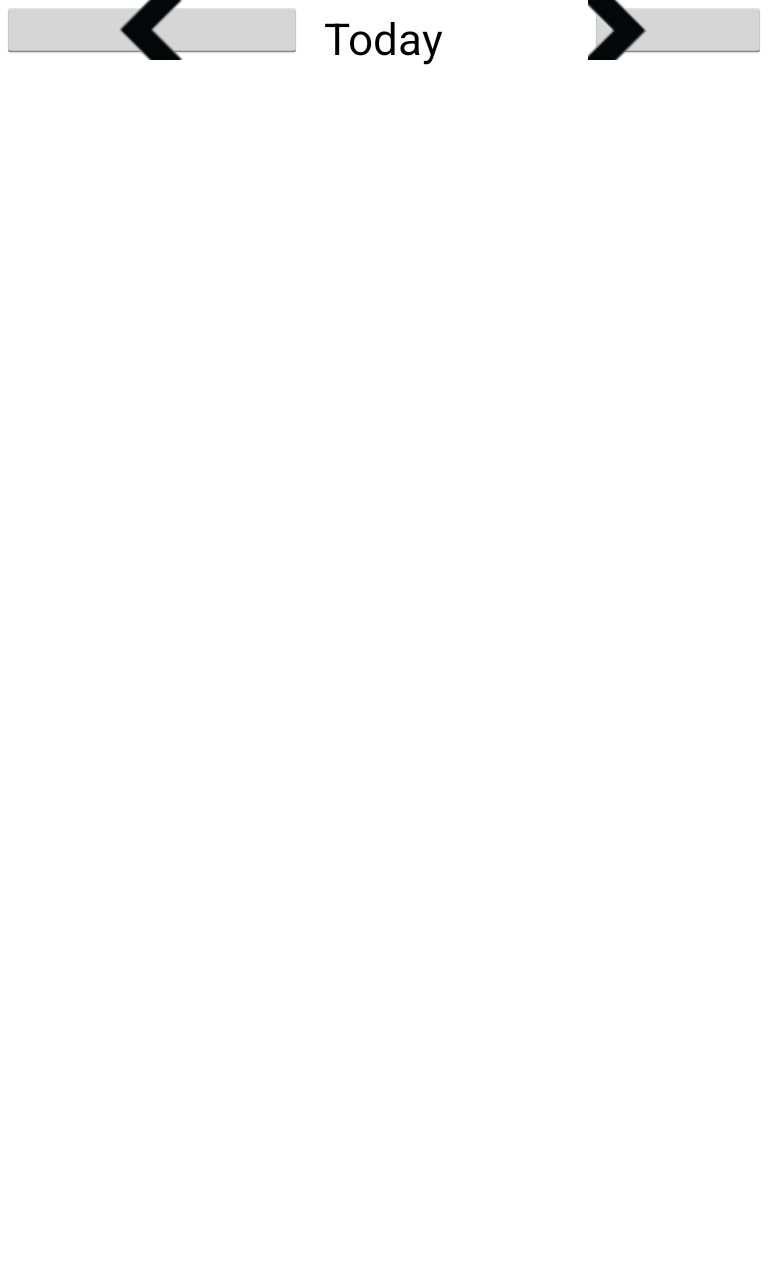
Repository: ranika/pilltracker
Layout: PillTracker/res/layout/fragment_med_log.xml
The author's editor kept a copy of each file at every save. The layout is drawn from the files as they stood at one save, then again after the next save.
It is drawn on a 768 x 1280 px phone screen (xhdpi) without system bars, with theme AppTheme; the app's code is not run.

Above is the layout before, as saved 2014-04-10 03:31:20.

### PillTracker/res/layout/fragment_med_log.xml
<RelativeLayout xmlns:android="http://schemas.android.com/apk/res/android"
    android:layout_width="fill_parent"
    android:layout_height="fill_parent" >

    <Button
        android:id="@+id/button1"
        style="?android:attr/buttonStyleSmall"
        android:layout_width="wrap_content"
        android:layout_height="30dp"
        android:layout_alignParentLeft="true"
        android:layout_alignParentTop="true"
        android:drawableRight="@drawable/arrow_left"/>

    <Button
        android:id="@+id/button2"
        android:layout_width="90dp"
        android:layout_height="30dp"
        android:layout_alignParentRight="true"
        android:layout_alignParentTop="true"
        android:drawableRight="@drawable/arrow_right" />

    <TextView
        android:id="@+id/textView1"
        android:layout_width="wrap_content"
        android:layout_height="wrap_content"
        android:layout_alignBaseline="@+id/button2"
        android:layout_alignBottom="@+id/button2"
        android:layout_centerHorizontal="true"
        android:text="@string/today"
        android:textAppearance="?android:attr/textAppearanceLarge" />

</RelativeLayout>

### PillTracker/res/values/strings.xml
<?xml version="1.0" encoding="utf-8"?>
<resources>

    <string name="app_name">Pill Tracker</string>
    <string name="action_settings">Settings</string>
    <string name="med_log">Medication Log</string>
    <string name="prescriptions">Prescriptions</string>
    <string name="reminders">Reminders</string>
    <string name="doctors">Doctors</string>
    <string name="pharmacies">Pharmacies</string>
    <string name="notes">Notes</string>
    <string name="settings">Settings</string>

    <color name="black">#CCCCCC</color>

    <string name="title_activity_med_log">Medication Log</string>
    <string name="today">Today</string>
    <string name="10am">10 AM</string>
    <string name="pill">Pill</string>
    <string name="vitamin">Vitamin</string>
    <string name="10pm">10 PM</string>
    <string name="nasal">Nasal Spray</string>

</resources>

Loaded but not shown: PillTracker/res/values/styles.xml (common file); PillTracker/res/values-v11/styles.xml (common file); PillTracker/res/values-v14/styles.xml (common file)

After the next save:
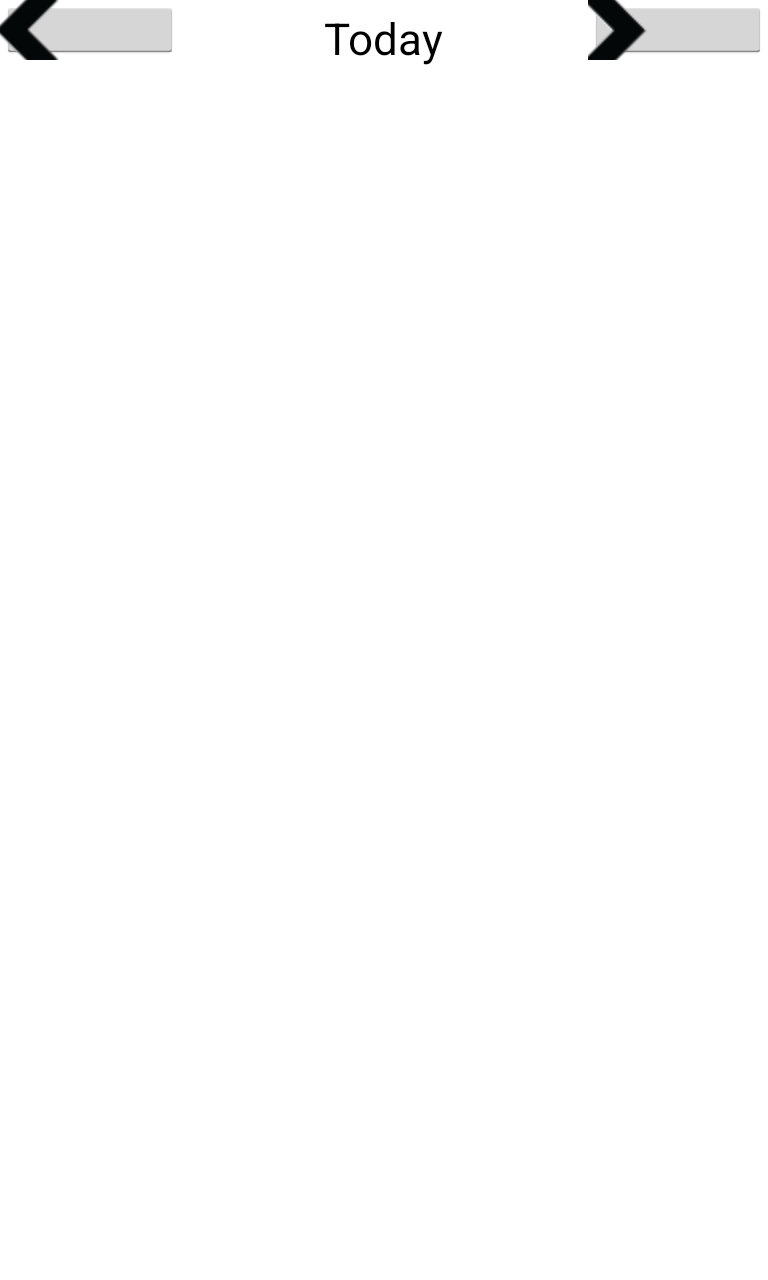
Saved 16 s later.
--- a/PillTracker/res/layout/fragment_med_log.xml
+++ b/PillTracker/res/layout/fragment_med_log.xml
@@ -5,7 +5,7 @@
     <Button
         android:id="@+id/button1"
         style="?android:attr/buttonStyleSmall"
-        android:layout_width="wrap_content"
+        android:layout_width="90dp"
         android:layout_height="30dp"
         android:layout_alignParentLeft="true"
         android:layout_alignParentTop="true"
